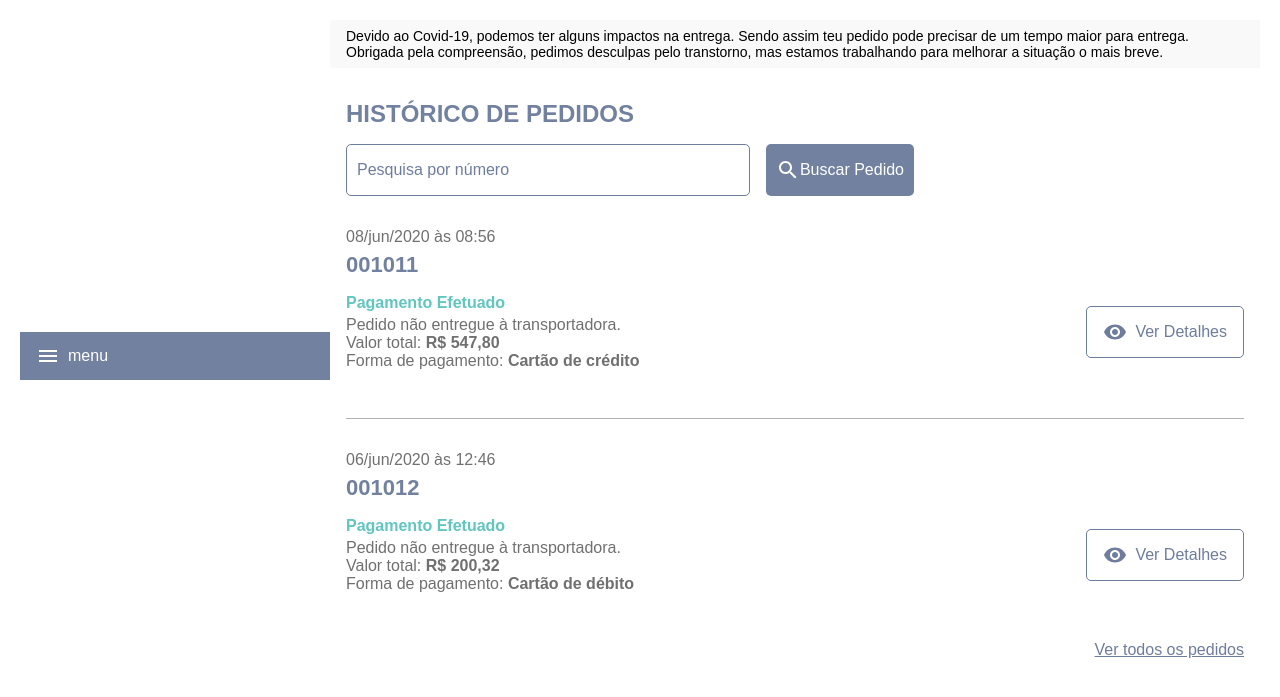
Repository: indiamarasiqueira/gestao-produto
Page: /
The author's editor kept a copy of each file at every save. The page is drawn from the files as they stood at one save, then again after the next save.
The browser window is 1280 px wide. The pictures show the whole page.
The project was rebuilt for these pictures with package versions that can differ from the ones it lists, and the page was loaded fresh each time. Also part of the build but not shown: src/pages/generic/style.js, src/pages/generic/index.js, src/components/ModalMenu/index.js.

Above is the page before, as saved 2020-07-07 11:56:38.

### src/global.js
import { createGlobalStyle } from "styled-components";

const GlobalStyle = createGlobalStyle`
    * {
        margin: 0;
        padding: 0;
        outline: 0;
        box-sizing: border-box;
    }
   html, body, #root {
    margin: 0;
    padding: 0;
    font-family: 'Montserrat', sans-serif;
    -webkit-font-smoothing: antialiased;
    -moz-osx-font-smoothing: grayscale;
    background-color: #ffffff;
    }
`;
export default GlobalStyle;

### src/routes.js
import React from "react";
import { BrowserRouter, Switch, Route } from "react-router-dom";

import GenericPage from "./pages/generic";
// import AppMenu from "./components/AppMenu";
import OrderHistory from "./pages/orderHistory";
import AlertCovid from "./components/AlertCovid";

export default function Routes() {
  return (
    <BrowserRouter>
      <Switch>
        <Route path="*">
          {/* <AppMenu />
          <AlertCovid /> */}
          <Route path="/perfil" exact component={() => <GenericPage title="Meu Perfil" />} />
          <Route path="/localizacao" exact component={() => <GenericPage title="Meus endereços" />} />
          <Route path="/favoritos" exact component={() => <GenericPage title="Lista de favoritos" />} />
          <Route path={["/", "/pedidos"]} exact component={OrderHistory} />
        </Route>
      </Switch>
    </BrowserRouter>
  );
}

### src/pages/orderHistory/index.js
import React, {  useState } from "react";

import { OrderMenu} from "./style";

import AppMenu from '../../components/AppMenu'
import AlertCovid from "../../components/AlertCovid";
import HeaderTitle from "../../components/HeaderTitle";
import BoxSearch from "../../components/BoxSearch/index";
import Order from "../../components/Order/index";


const OrderHistory = () => {
  const [value, setValue] = useState("");
  const [query, setQuery] = useState("");
  const handleChange = (e) => setValue(e.target.value);

  const handleSubmit = (e) => {
    e.preventDefault();
    setQuery(value);
  };

  return (
    <OrderMenu>
      <div>
        <AppMenu />
      </div>
      <div>
        <AlertCovid />
        <HeaderTitle>HISTÓRICO DE PEDIDOS</HeaderTitle>
        <BoxSearch value={value} handleChange={handleChange} handleSubmit={handleSubmit} />
        <Order query={query} />
      </div>
    </OrderMenu>
  );
};
export default OrderHistory;

### src/components/AlertCovid/index.js
import React from "react";

import { Alert } from './style';

const AlertCovid = () => {
  return (
    <Alert>
      Devido ao Covid-19, podemos ter alguns impactos na entrega. Sendo assim teu pedido pode precisar de um tempo maior
      para entrega. Obrigada pela compreensão, pedimos desculpas pelo transtorno, mas estamos trabalhando para melhorar
      a situação o mais breve.
    </Alert>
  );
};
export default AlertCovid;

### src/components/HeaderTitle/index.js
import React from "react";

import { Title } from "./style";

const HeaderTitle = (props) => {
  return <Title>{props.children}</Title>;
};
export default HeaderTitle;

### src/pages/orderHistory/style.js
import styled from "styled-components";

export const OrderMenu = styled.div`
  display: grid;
  grid-template-columns: 1fr 3fr ;
  padding: 20px;
  height: 100%;

   @media all and ( max-width: 600px) {
    display: flex;
    flex-direction: column;
  }
`;

### src/components/AppMenu/index.js
import React, { useState } from "react";
import { useHistory } from "react-router-dom";

import MenuIcon from "@material-ui/icons/Menu";
import LockOpenIcon from "@material-ui/icons/LockOpen";
import HistoryIcon from "@material-ui/icons/History";
import RoomOutlinedIcon from "@material-ui/icons/RoomOutlined";
import FavoriteBorderIcon from "@material-ui/icons/FavoriteBorder";
import CloseIcon from "@material-ui/icons/Close";

import ModalMenu from "../ModalMenu/index";

import {
  MenuMain,
  Button,
  BoxIcon,
  MainMenu,
  UserInfo,
  UserInfoName,
  UserInfoEmail,
  MenuList,
  MenuListItem,
  MenuIconImage,
} from "./style";

const AppMenu = () => {
  const history = useHistory();
  const [show, showModal] = useState(false);
  const navigate = (route) => {
    history.push(route);
    showModal(false);
  };

  return (
    <MenuMain>
      <Button onClick={() => showModal(!show)}>
        <BoxIcon>{show ? <CloseIcon /> : <MenuIcon />}</BoxIcon>
        menu
      </Button>
      <ModalMenu show={show}>
        <MainMenu>
          <UserInfo>
            <UserInfoName>Caroline Melinda W Effting</UserInfoName>
            <UserInfoEmail>effting.caroline@gmail.com</UserInfoEmail>
          </UserInfo>
          <MenuList>
            <MenuListItem onClick={() => navigate("/perfil")}>
              <MenuIconImage>
                <LockOpenIcon />
              </MenuIconImage>
              <span className="menu-label">meu perfil</span>
            </MenuListItem>
            <MenuListItem onClick={() => navigate("/pedidos")}>
              <MenuIconImage>
                <HistoryIcon />
              </MenuIconImage>
              <span className="menu-label">histórico de pedidos</span>
            </MenuListItem>
            <MenuListItem onClick={() => navigate("/localizacao")}>
              <MenuIconImage>
                <RoomOutlinedIcon />
              </MenuIconImage>
              <span className="menu-label">meus endereços</span>
            </MenuListItem>
            <MenuListItem onClick={() => navigate("/favoritos")}>
              <MenuIconImage>
                <FavoriteBorderIcon />
              </MenuIconImage>
              <span className="menu-label">lista de favoritos</span>
            </MenuListItem>
          </MenuList>
        </MainMenu>
      </ModalMenu>
    </MenuMain>
  );
};
export default AppMenu;

### src/components/BoxSearch/index.js
import React from "react";

import { Box, InputText, ButtonSearch } from "./style";
import SearchIcon from "@material-ui/icons/Search";

const BoxSearch = (props) => {
  return (
    <Box onSubmit={props.handleSubmit}>
      <InputText
        type="number"
        placeholder="Pesquisa por número"
        value={props.value}
        onChange={props.handleChange}
      />
      <ButtonSearch type="submit">
        <SearchIcon />
        <span className="search-text">Buscar Pedido</span>
      </ButtonSearch>
    </Box>
  );
};
export default BoxSearch;

### src/components/Order/index.js
import React, { useState } from "react";

import VisibilityIcon from "@material-ui/icons/Visibility";
import orderData from '../../db.json'

import {
  Empty,
  OrderList,
  OrderListItem,
  OrderDate,
  OrderId,
  OrderBox,
  OrderInfo,
  OrderStatus,
  ButtonOutline,
  OrderAll,
} from "./style";

const findOrder = (detail, query) => {
  const list = orderData.data;

  if (query){
    const regex = new RegExp(query);

    return list.filter(item => regex.test(item.id))
  }

  return detail ? orderData.data : orderData.data.slice(0, 2);
}


const Order = ({query}) => {
  const [detail, setDetail] = useState(false);
  const list = findOrder(detail, query)

  if (!list.length) {
    return <Empty>nenhum pedido encontrado :(</Empty>
  }

  return (
    <OrderList>
      {list.map((item, key) => (
        <OrderListItem key={key}>
          <OrderDate>{item.date}</OrderDate>
          <OrderId>{item.id}</OrderId>
          <OrderBox>
            <OrderInfo>
              <OrderStatus>{item.title}</OrderStatus>
              <p>
                {item.description}
                <br />
                Valor total: <b>R$ {item.price} </b>
                <br />
                Forma de pagamento: <b>{item.payment}</b>
              </p>
            </OrderInfo>
            <ButtonOutline>
              <VisibilityIcon />
              Ver Detalhes
            </ButtonOutline>
          </OrderBox>
        </OrderListItem>
      ))}
      {!detail && <OrderAll onClick={setDetail}>Ver todos os pedidos</OrderAll>}
    </OrderList>
  );
};
export default Order;

### src/components/AlertCovid/style.js
import styled from "styled-components";


// Main Page
export const Alert = styled.div`
  background: #f9f9f9;
  padding: 8px 16px;
  font-size: 14px;
`;

### src/components/HeaderTitle/style.js
import styled from "styled-components";

export const Title = styled.h1`
  color: #7281a0;
  padding: 16px;
  margin-top: 16px;
  font-weight: bold;
  font-size: 24px;
`;

### src/components/AppMenu/style.js
import styled from "styled-components";

export const MenuMain = styled.button`
  @media all and (min-width: 600px) {
    flex-direction: column;
    width: 100%;
    height: 100%;
    background: none;
    border: none;
  }
`;
export const Button = styled.button`
  display: flex;
  align-items: center;
  justify-content: start;
  padding: 12px 16px;
  border: none;
  background: #7281A0;
  width: 100%;
  color: #ffffff;
  font-size: 16px;
  transition: all 0.2s ease-out;
  height: 48px;

  :hover{
    color: #7281A0;
    background: #F4F4F4;
  }

`;
export const BoxIcon = styled.div`
  display: inline-block;
  margin-right: 8px;
  height: 24px;
`;
export const MainMenu = styled.div`
  color: #717171;
  padding: 0 16px;
  border-bottom: 1px solid rgba(0, 0, 0, 0.3);
  position: fixed;
  top: 48px;
  left: 0;
  right: 0;
  bottom: 0;
  background: #fff;

   @media all and (min-width: 600px) {
    border-right: 1px solid rgba(0, 0, 0, 0.3);
    display: flex;
    width: 418px;
    flex-direction: column;
    height: 100%;
    position: fixed;
    font-size: 16px;
    margin-top: 30px;
  }
`;

// User
export const UserInfo = styled.div`
  padding: 16px 0;
`;
export const UserInfoName = styled.p`
  margin-bottom: 8px;
`;
export const UserInfoEmail = styled.p``;
// Menu
export const MenuList = styled.nav`
    @media all and (min-width: 600px) {

    width: 400px;
    height: 100%;

  }
`;

export const MenuListItem = styled.a`
  display: flex;
  align-items: center;
  padding: 16px 0;
  border-top: 1px solid rgba(0, 0, 0, 0.3);

  :hover{
    color: #707070;
    background: #F4F4F4;
  }
`;
export const MenuIconImage = styled.i`
  padding-left: 4px;
  padding-right: 16px;
`;

### src/components/BoxSearch/style.js
import styled from "styled-components";

export const Box = styled.form`
  padding: 0 16px;
  display: flex;
  align-items: center;
  justify-content: space-between;
  max-width: 600px;

`;
export const InputText = styled.input`
  flex: 1;
  color: #7281a0;
  height: 52px;
  border-radius: 5px;
  border: 1px solid #6e7d9d;
  font-size: 16px;
  padding-left: 10px;

  ::placeholder {
    color: #6e7d9d;
  }
`;
export const ButtonSearch = styled.button`
  background: #7281a0;
  border-radius: 5px;
  height: 52px;
  border: none;
  margin-left: 16px;
  padding: 10px;
  color: #ffffff;
  font-size: 16px;
  display: flex;
  align-items: center;
  justify-content: center;

  @media all and (max-width: 600px){
    .search-text{
      display: none;
    }
  }
`;

### src/db.json
{
  "data": [
    {
      "id": "001011",
      "date": "08/jun/2020 às 08:56",
      "title": "Pagamento Efetuado",
      "description": "Pedido não entregue à transportadora.",
      "price": "547,80",
      "payment": "Cartão de crédito"

    },
    {
      "id": "001012",
      "date": "06/jun/2020 às 12:46",
      "title": "Pagamento Efetuado",
      "description": "Pedido não entregue à transportadora.",
      "price": "200,32",
      "payment": "Cartão de débito"
    },
    {
      "id": "001013",
      "date": "04/jun/2020 às 09:30",
      "title": "Pagamento Efetuado",
      "description": "Pedido não entregue à transportadora.",
      "price": "150,60",
      "payment": "Cartão de crédito"
    },
    {
      "id": "001014",
      "date": "29/mai/2020 às 17:30",
      "title": "Pagamento Efetuado",
      "description": "Pedido não entregue à transportadora.",
      "price": "83,58",
      "payment": "Cartão de débito"
    }
  ]

}

### src/components/Order/style.js
import styled from "styled-components";

export const Empty = styled.div`
  padding: 16px;
  color: #ccc;
  text-align: center;
`;
export const OrderList = styled.div`
  padding: 0 16px;
`;
export const OrderListItem = styled.div`
  padding: 32px 0;
  border-top: 1px solid rgba(0, 0, 0, 0.3);

  &:first-of-type {
    border-top-width: 0;
  }

`;
export const OrderDate = styled.p`
  color: #707070;
  font-size: 16px;
`;
export const OrderId = styled.p`
  padding-top: 6px;
  color: #7281a0;
  font-size: 22px;
  font-weight: bold;
`;
export const OrderBox = styled.div`

  @media all and (min-width: 600px){
    display: flex;
    align-items: center;
  }
`;
export const OrderInfo = styled.div`
  flex: 1;
  margin: 16px 0;
  color: #707070;

`;
export const OrderStatus = styled.p`
  color: #61c5c0;
  margin-bottom: 4px;
  font-weight: bold;
`;
export const ButtonOutline = styled.div`
  border-radius: 5px;
  border: 1px solid #6e7d9d;
  height: 52px;
  display: flex;
  align-items: center;
  justify-content: center;
  color: #6e7d9d;
  padding: 8px 16px;

  svg {
    margin-right: 8px;
  }

`;
export const OrderAll = styled.button`
  color: #6E7D9D;
  margin-bottom: 32px;
  background: none;
  border: none;
  text-decoration: underline;
  width: 100%;
  display: flex;
  align-items: center;
  justify-content: flex-end;
  font-size: 16px;
`;

Loaded but not shown: public/index.html (common file); src/index.js (common file)

After the next save:
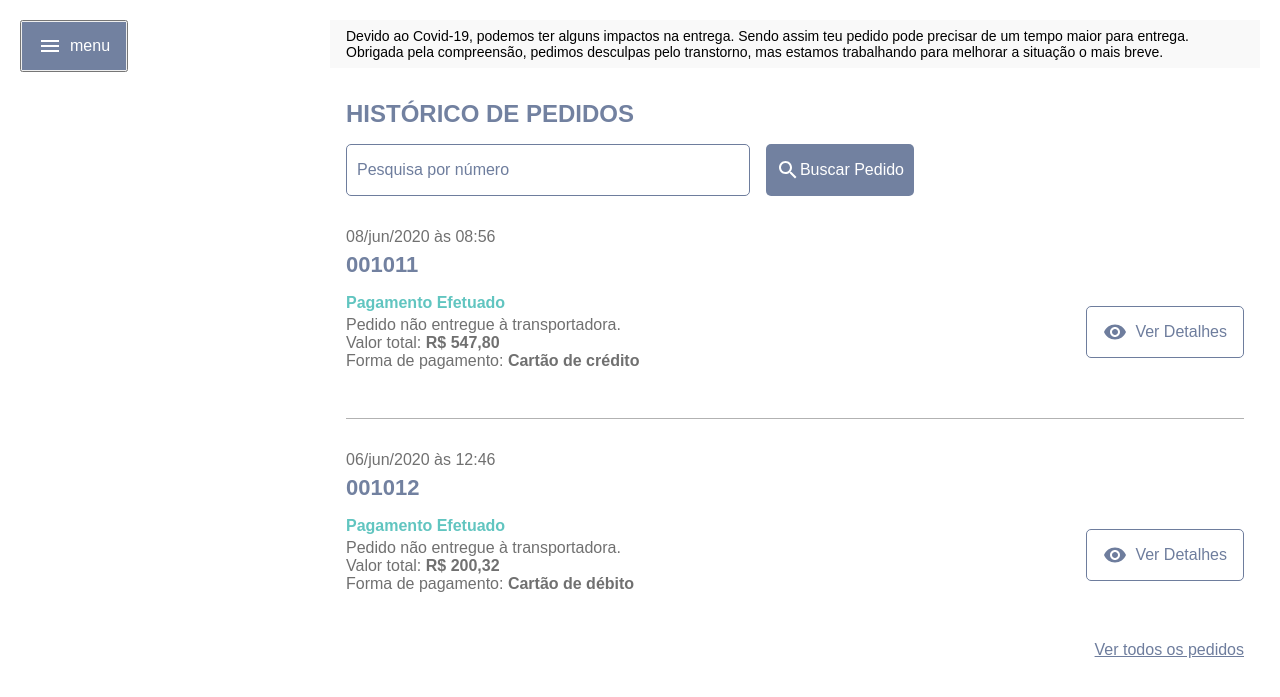
Saved 18 s later.
--- a/src/components/AppMenu/style.js
+++ b/src/components/AppMenu/style.js
@@ -1,13 +1,7 @@
 import styled from "styled-components";
 
 export const MenuMain = styled.button`
-  @media all and (min-width: 600px) {
-    flex-direction: column;
-    width: 100%;
-    height: 100%;
-    background: none;
-    border: none;
-  }
+
 `;
 export const Button = styled.button`
   display: flex;
